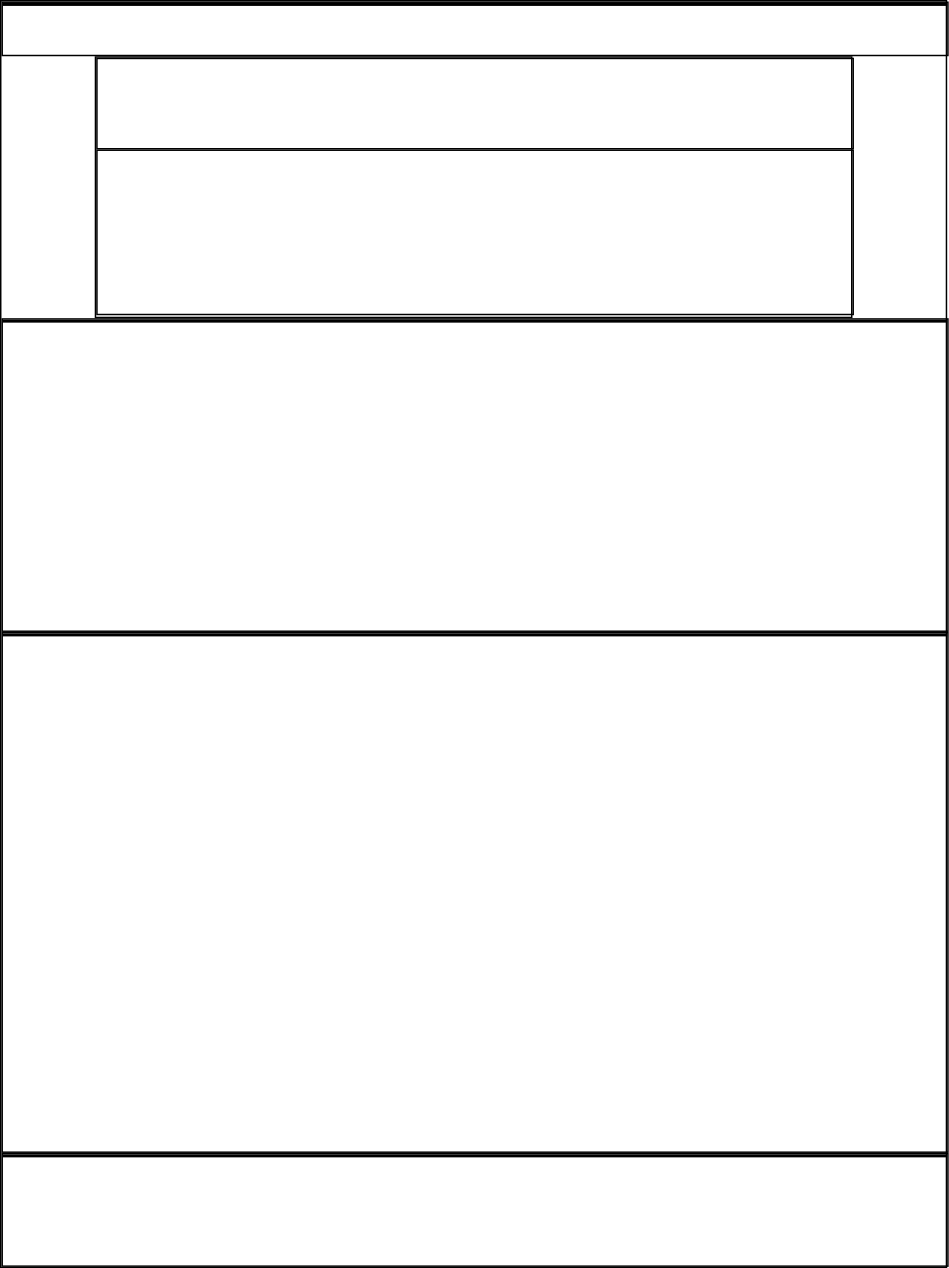
Repository: JHooniie/mini-Project
Page: http://localhost/Project-UIUX/index.jsp
An editor plug-in stored every save of this project. The page is shown before and after the next save, followed by the edit.
The browser window is 1280 px wide. The page is 1282 px wide, so the pictures cover 1282 px, including what lies to the right of the window. The pictures show the whole page, at 74% of full size.
The page is served by Tomcat 9.

Above is the page before, as saved 2022-07-02 08:05:58.

After the next save:
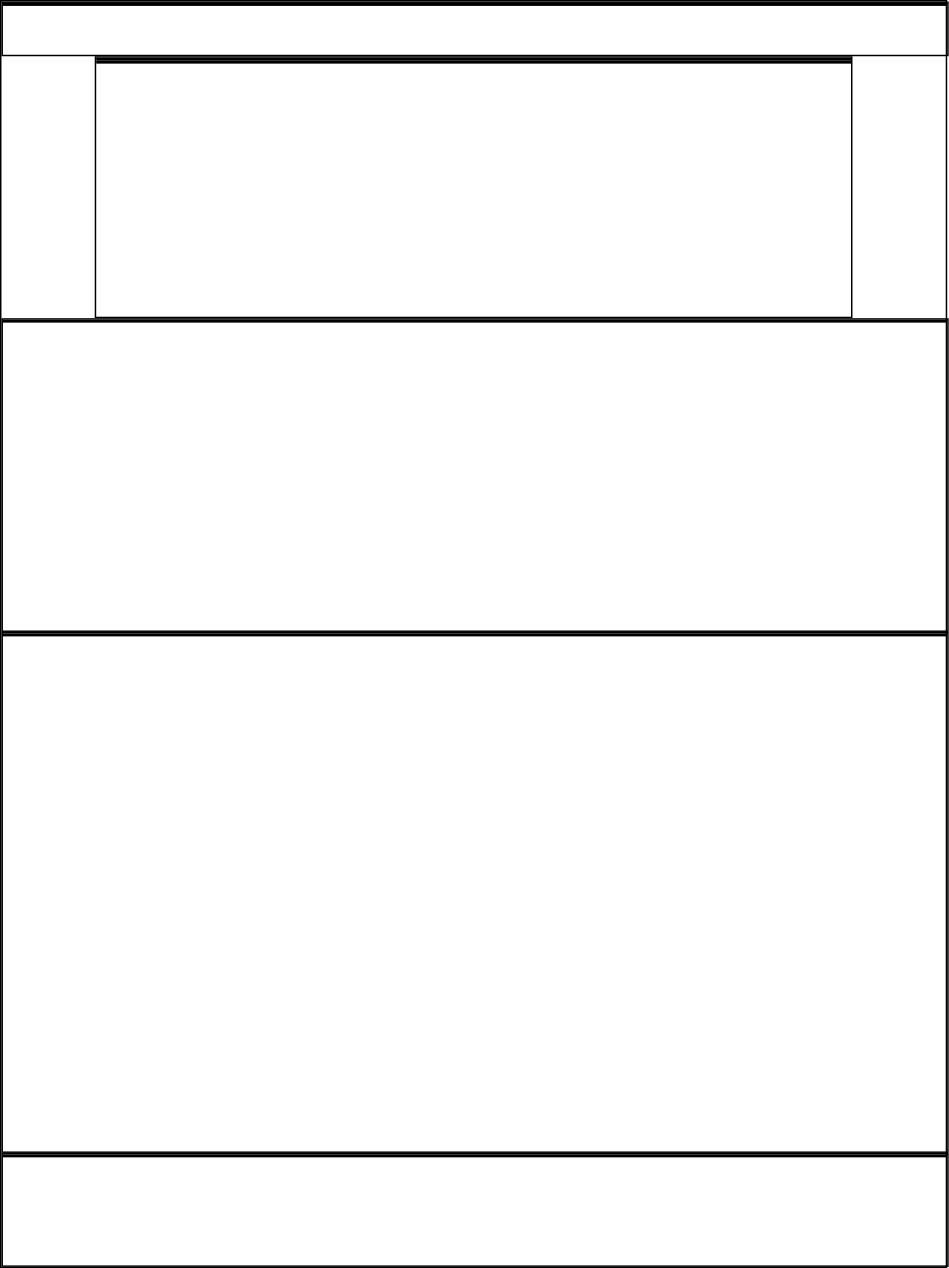
Saved 2 min 41 s later.
--- a/Project-UIUX/src/main/webapp/css/index.css
+++ b/Project-UIUX/src/main/webapp/css/index.css
@@ -21,14 +21,14 @@ ul {
 	margin:0 auto;
 }
 
-#mainMenu{
+#mainMenuBox{
 	position:relative;
 	width:100%;
 	height:120px;
 	margin:0;
 }
 
-#subMenu{
+#subMenuBox{
 	position:relative;
 	width:100%;
 	height:220px;
